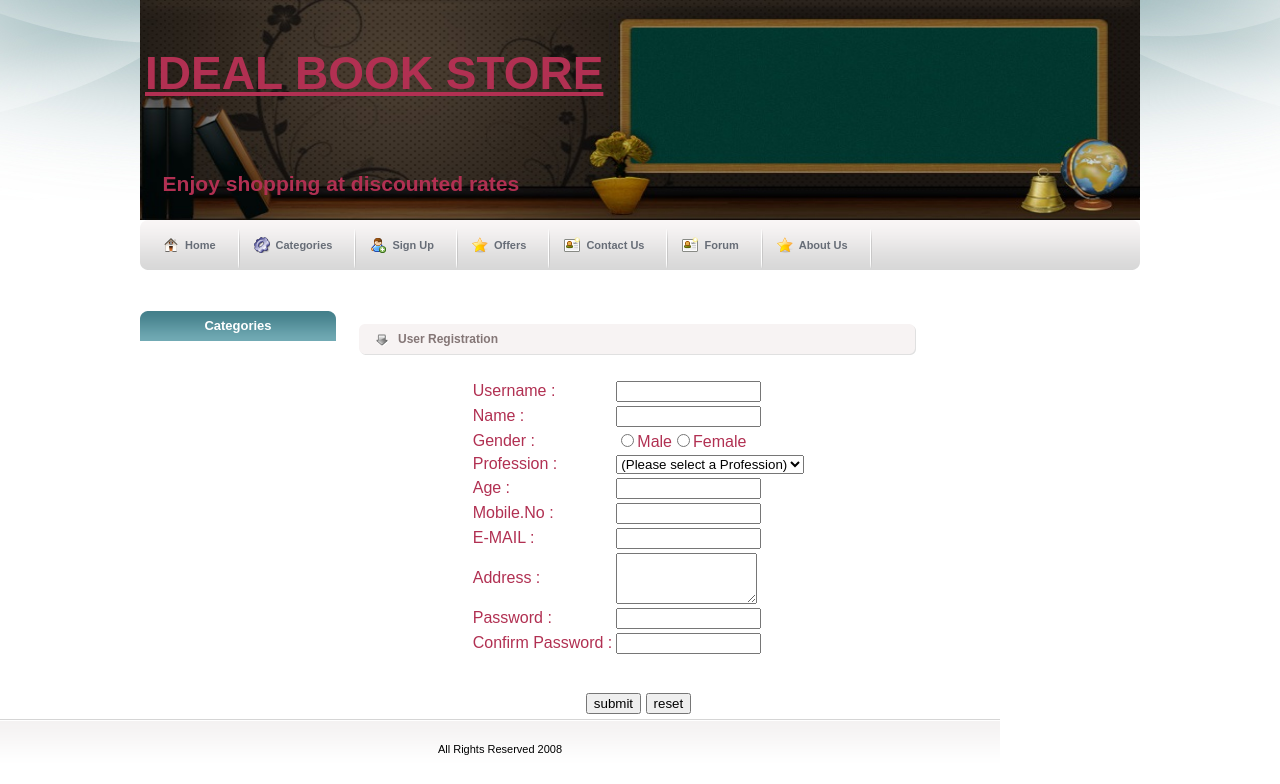
Repository: tusharjain887/Online-Book-Sales
Page: http://localhost/OnlineBook/registration.jsp
The author's editor kept a copy of each file at every save. The page is drawn from the files as they stood at one save, then again after the next save.
The browser window is 1280 px wide. The pictures show the whole page.
The page is served by Tomcat 9. Queries for data that is not in the repository find no rows.

Above is the page before, as saved 2013-04-09 08:12:43.

After the next save:
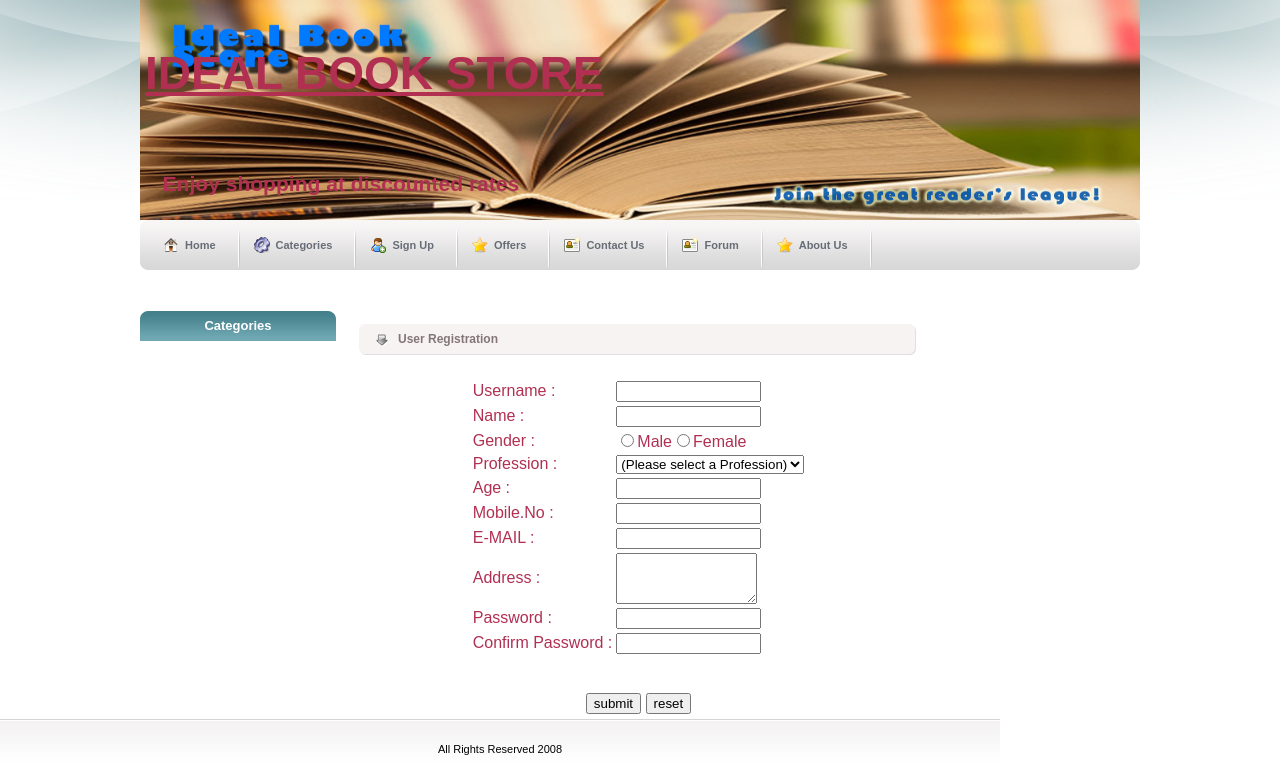
Saved 10 min 20 s later.
--- a/PROJECT/workspace/workspace/OnlineBook/WebContent/style.css
+++ b/PROJECT/workspace/workspace/OnlineBook/WebContent/style.css
@@ -71,7 +71,7 @@ padding:0 5px 0 5px;
 #header{
 width:1000px;
 height:220px;
-background:url(images/header_background.jpg) no-repeat center;
+background:url(images/book4.jpg) no-repeat center;
 background-position:0px 0px;
 background-size:1000px 220px;
 margin=0;
